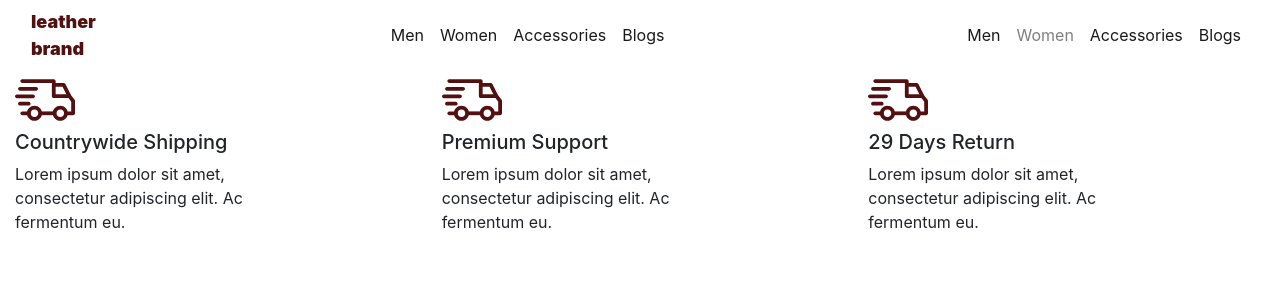
Repository: arif286/fashion-house
Page: /
These files come from the project's save history. The page is drawn as it stood at one moment and after the next save; the edit follows.
The browser window is 1280 px wide. The pictures show the whole page.
The project was rebuilt for these pictures with package versions that can differ from the ones it lists, and the page was loaded fresh each time. The framework's server and built-in components were replaced by stand-ins that run in the browser. Also part of the build but not shown: nuxt.config.js, components/Contact.vue, components/DisplayCollection.vue, components/Footer.vue, components/NewCollection.vue, components/NuxtLogo.vue, components/Products.vue, components/Tutorial.vue.

Above is the page before, as saved 2021-07-11 20:41:48.

After the next save:
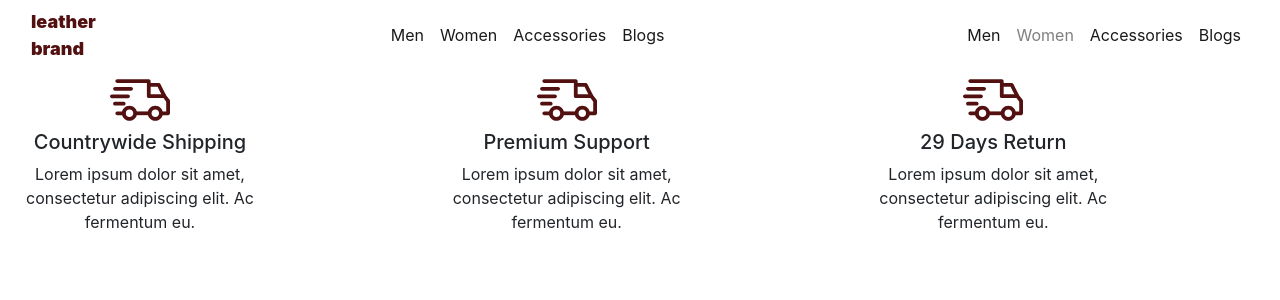
Saved 9 s later.
--- a/components/Service.vue
+++ b/components/Service.vue
@@ -6,7 +6,7 @@
         :key="service.id"
         class="col-md-4 col-12"
       >
-        <div class="service-box">
+        <div class="service-box text-center">
           <img :src="require(`@/assets/Images/${service.image}`)" alt="" />
           <h5>{{ service.title }}</h5>
           <p>{{ service.text }}</p>
